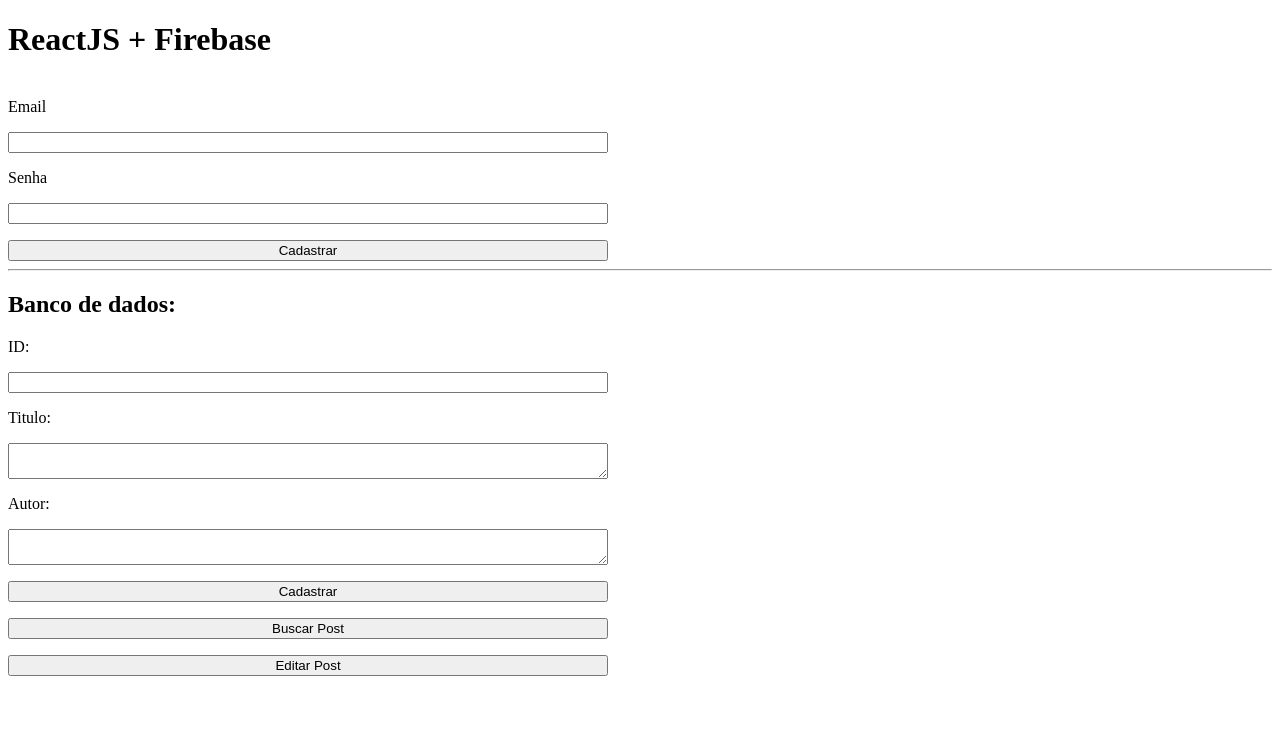
Repository: joaoaspimienta/Estudos-de-firebase
Page: /
These files come from the project's save history. The page is drawn as it stood at one moment and after the next save; the edit follows.
The browser window is 1280 px wide. The pictures show the whole page.
The page's requests for data from a server got no answer. The project was rebuilt for these pictures with package versions that can differ from the ones it lists, and the page was loaded fresh each time. No one was signed in, and anything a server would have sent is missing.

Above is the page before, as saved 2022-06-13 09:23:25.

After the next save:
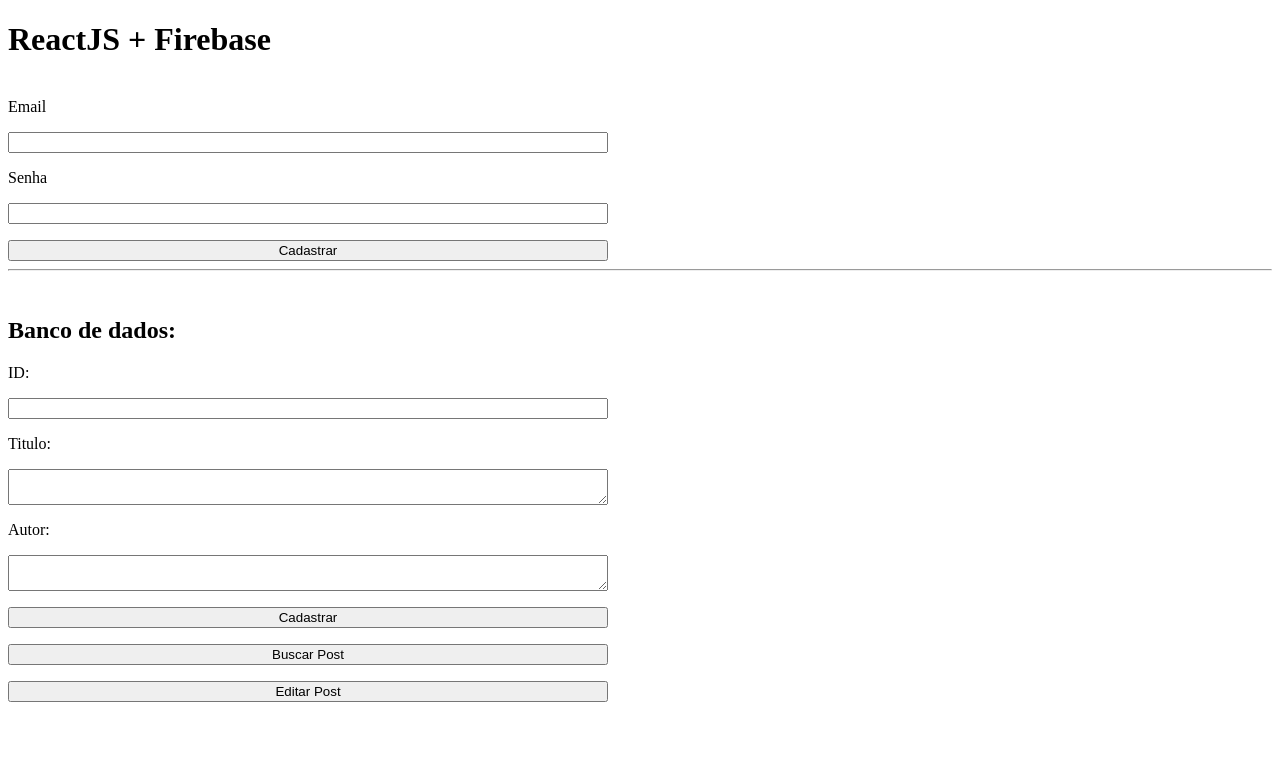
Saved 21 s later.
--- a/src/App.js
+++ b/src/App.js
@@ -131,7 +131,6 @@
     <div>
       <h1>ReactJS + Firebase</h1>
       <br />
-
       <div className="container">
         <label>Email</label>
         <input
@@ -147,7 +146,7 @@
         />
         <button onClick={novoUsuario}>Cadastrar</button>
       </div>
-      <hr />
+      <hr /> <br />
       <h2>Banco de dados:</h2>
       <div className="container">
         <label>ID:</label>
